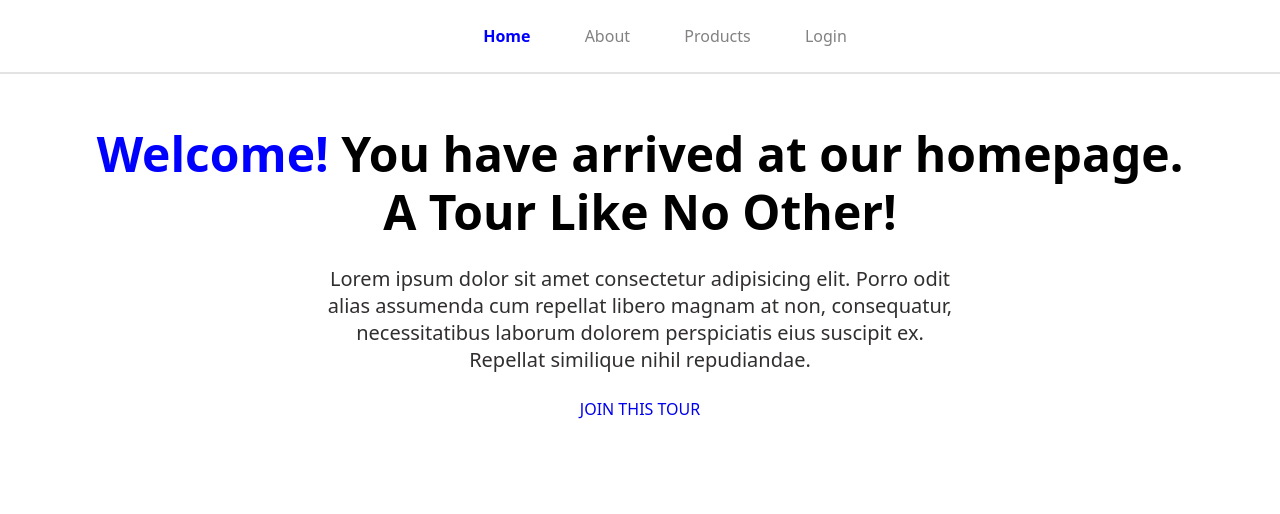
Repository: Yeyolive/WebDev_Collab_2025
Page: Basic_Projects/Basic-Website/index.html
The author's editor kept a copy of each file at every save. The page is drawn from the files as they stood at one save, then again after the next save.
The browser window is 1280 px wide. The pictures show the whole page.

Above is the page before, as saved 2025-11-02 20:15:47.

After the next save:
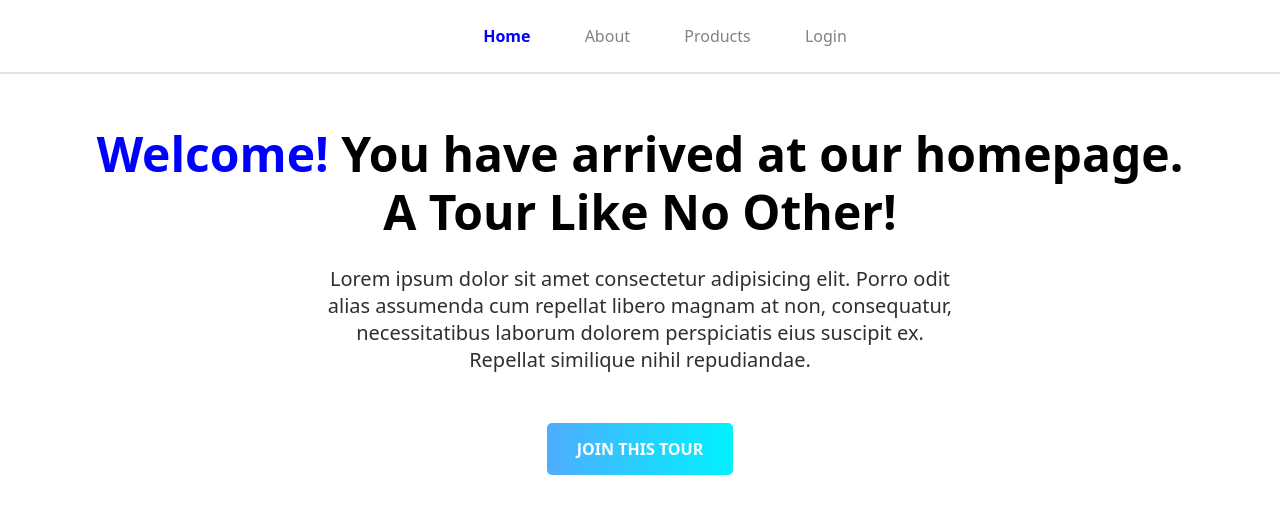
Saved 10 s later.
--- a/Basic_Projects/Basic-Website/styles.css
+++ b/Basic_Projects/Basic-Website/styles.css
@@ -58,5 +58,11 @@ span {
 #cta-button {
   text-decoration: none;
   text-transform: uppercase;
-  background: linear-gradient(to right);
+  background: linear-gradient(to right, #4facfe, #00f2fe);
+  color: white;
+  padding: 15px 30px;
+  border-radius: 5px;
+  display: inline-block;
+  margin-top: 25px;
+  font-weight: bold;
 }
